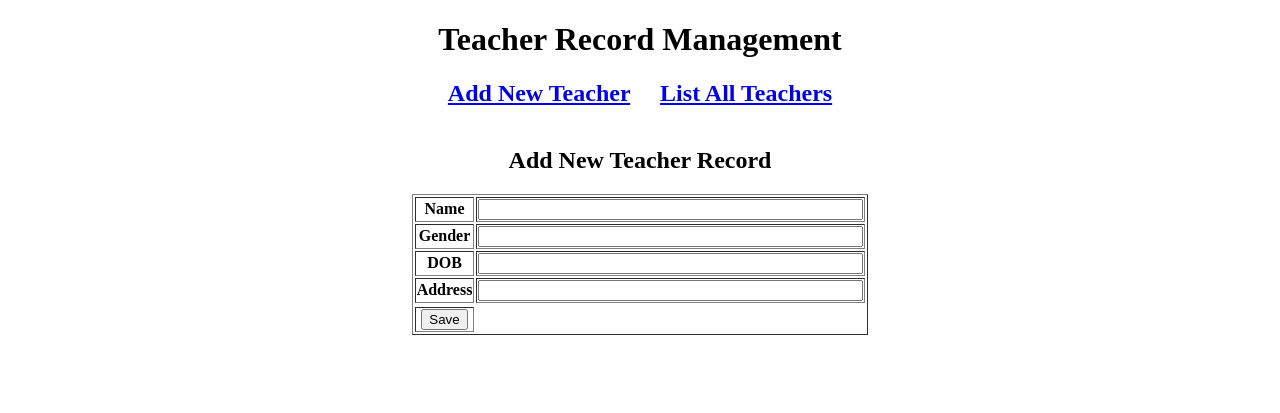
Repository: ashkumar661/Phase-2-Project
Page: http://localhost/crud-example/teacher-form.jsp
The author's editor kept a copy of each file at every save. The page is drawn from the files as they stood at one save, then again after the next save.
The browser window is 1280 px wide. The pictures show the whole page.
The page is served by Tomcat 9.

Above is the page before, as saved 2022-05-15 22:21:51.

After the next save:
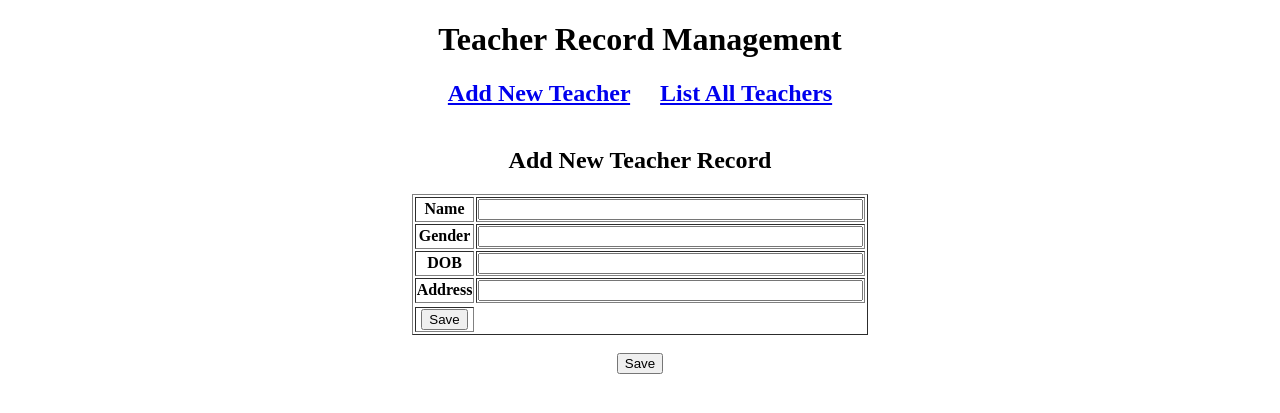
Saved 55 s later.
--- a/crud-example/src/main/webapp/teacher-form.jsp
+++ b/crud-example/src/main/webapp/teacher-form.jsp
@@ -62,6 +62,7 @@
 				<td align="center"><input type="submit" value="Save" /></td>
 			</tr>
 		</table>
+		<br> <input type="submit" value="Save" />
 		</form>
 	</center>
 </body>
